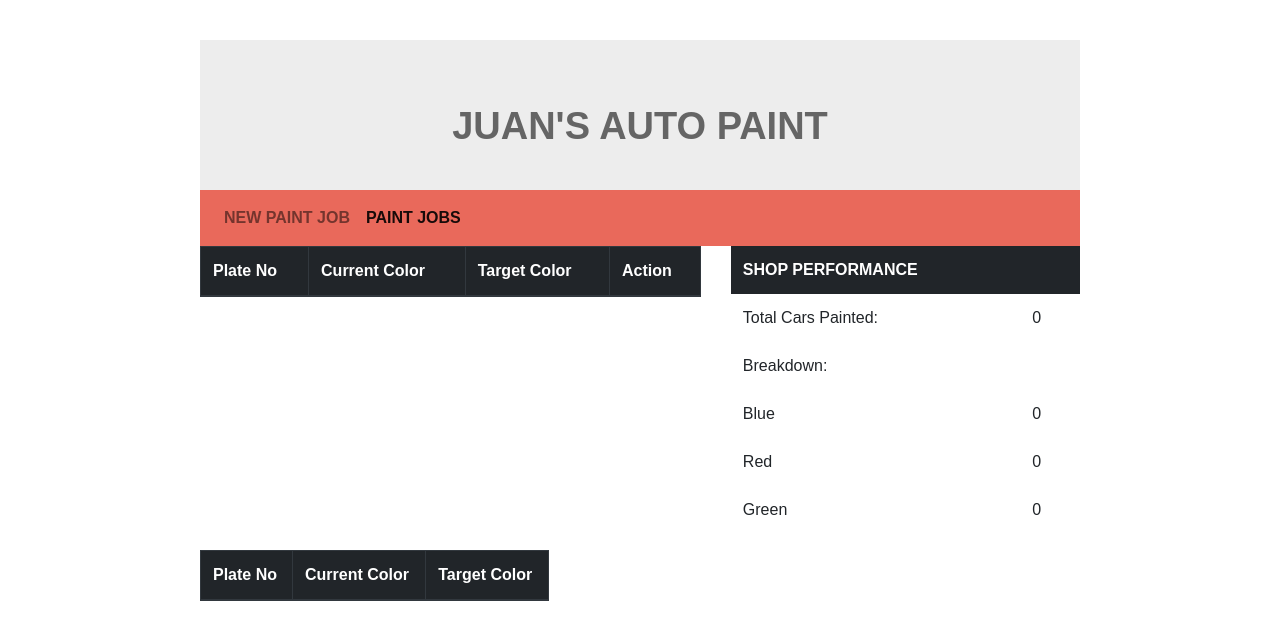
Repository: soycaringal/paint-job
Page: http://localhost/jobs
These files come from the project's save history. The page is drawn as it stood at one moment and after a run of saves; the edit follows.
The browser window is 1280 px wide. The pictures show the whole page.
The page is served by the project's Laravel application, run on PHP 8.4 with Laravel 8. Queries for data that is not in the repository find no rows.

Above is the page before, as saved 2020-02-23 17:15:10.

After the next 3 saves:
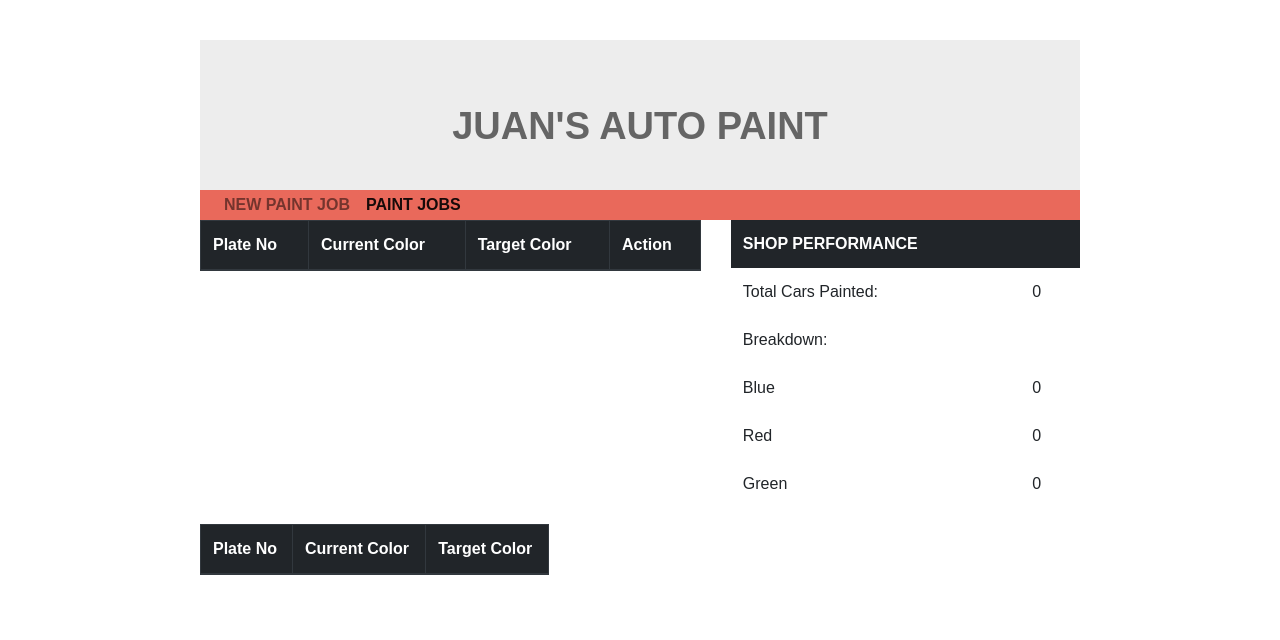
The 3 saves are shown as one change because they came seconds apart.
The last was saved 26 s later.
--- a/public/css/main.css
+++ b/public/css/main.css
@@ -13,11 +13,11 @@ header .jumbotron {
 }
 
 header h1 {
+    color: #656565;
     font-family: 'arial';
     font-weight: bold;
     font-size: 38px;
     text-transform: uppercase;
-    color: #656565;
 }
 
 
@@ -26,6 +26,7 @@ header h1 {
 }
 .navbar {
     background-color: #e9695b;
+    height: 30px;
 }
 
 .navbar .nav-item a {
